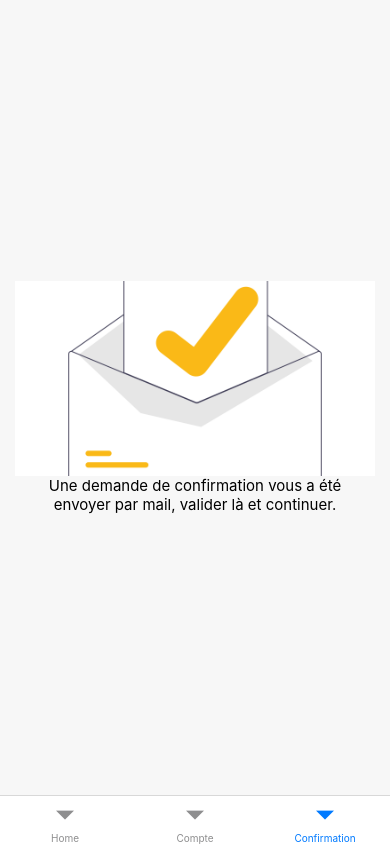
Repository: Norlan-20/Last-Afrilink
Screen: /Confirmation
An editor plug-in stored every save of this project. The screen is shown before and after the next save, followed by the edit.
The app was drawn by React Native's web renderer in a window 390 px wide. The project was rebuilt for these pictures with package versions that can differ from the ones it lists, and the page was loaded fresh each time. Also part of the build but not shown: screen/User.js.

Above is the screen before, as saved 2021-09-24 22:05:20.

After the next save:
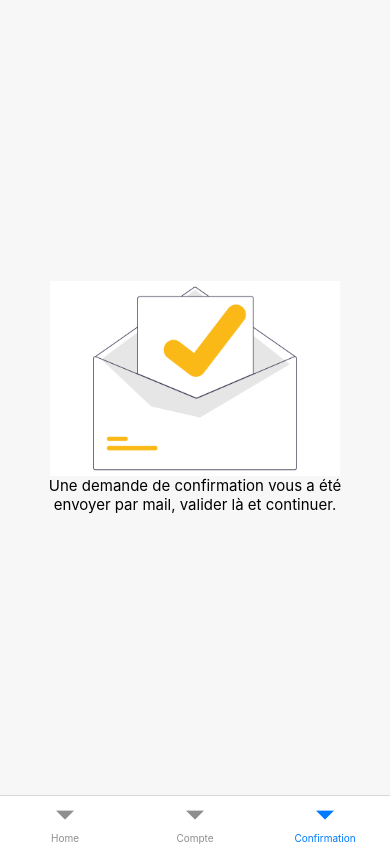
Saved 12 s later.
--- a/screen/Confirmation.js
+++ b/screen/Confirmation.js
@@ -9,7 +9,7 @@ const primary = '#2e3190';
 const ConfirmationScreen = () => {
     return (
         <View style={styles.container}>
-            <Image source={require('../assets/mailsent.png')} style={{ width: width - 30, height: width / 2}}/>
+            <Image source={require('../assets/mailsent.png')} style={{ width: width - 100, height: width / 2}}/>
             <Text style={styles.message}>Une demande de confirmation vous a été envoyer par mail, valider là et continuer.</Text>
         </View>
     );
